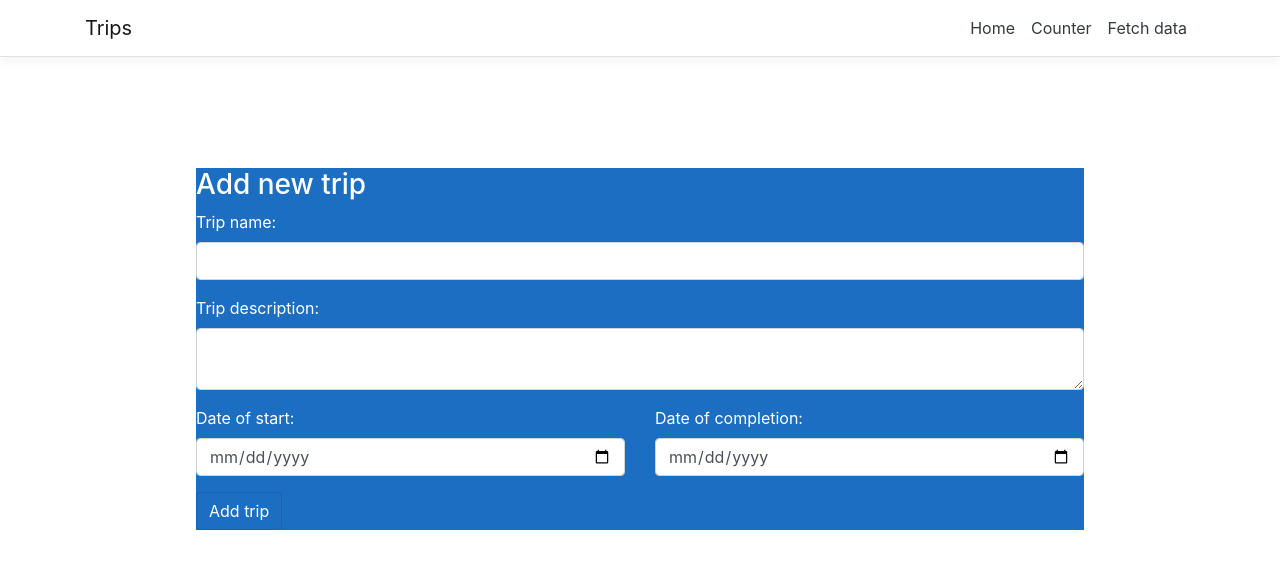
Repository: DevLuDaley/Trips
Page: /create (app in ClientApp/)
The author's editor kept a copy of each file at every save. The page is drawn from the files as they stood at one save, then again after a run of saves.
The browser window is 1280 px wide. The pictures show the whole page.
The project was rebuilt for these pictures with package versions that can differ from the ones it lists, and the page was loaded fresh each time. Also part of the build but not shown: ClientApp/src/components/Home.js, ClientApp/src/components/FetchData.js, ClientApp/src/components/Counter.js, ClientApp/src/components/Trip/Trips.jsx.

Above is the page before, as saved 2020-11-06 11:33:35.

### ClientApp/public/index.html
<!DOCTYPE html>
<html lang="en">
  <head>
    <meta charset="utf-8">
    <meta name="viewport" content="width=device-width, initial-scale=1, shrink-to-fit=no">
    <meta name="theme-color" content="#000000">
    <base href="%PUBLIC_URL%/" />
    <!--
      manifest.json provides metadata used when your web app is added to the
      homescreen on Android. See https://developers.google.com/web/fundamentals/engage-and-retain/web-app-manifest/
    -->
    <link rel="manifest" href="%PUBLIC_URL%/manifest.json">
    <link rel="shortcut icon" href="%PUBLIC_URL%/favicon.ico">
    <!--
      Notice the use of %PUBLIC_URL% in the tags above.
      It will be replaced with the URL of the `public` folder during the build.
      Only files inside the `public` folder can be referenced from the HTML.

      Unlike "/favicon.ico" or "favicon.ico", "%PUBLIC_URL%/favicon.ico" will
      work correctly both with client-side routing and a non-root public URL.
      Learn how to configure a non-root public URL by running `npm run build`.
    -->
    <title>Trips</title>
  </head>
  <body>
    <noscript>
      You need to enable JavaScript to run this app.
    </noscript>
    <div id="root"></div>
    <!--
      This HTML file is a template.
      If you open it directly in the browser, you will see an empty page.

      You can add webfonts, meta tags, or analytics to this file.
      The build step will place the bundled scripts into the <body> tag.

      To begin the development, run `npm start` or `yarn start`.
      To create a production bundle, use `npm run build` or `yarn build`.
    -->
  </body>
</html>

### ClientApp/src/App.js
import React, { Component } from 'react';
import { Route } from 'react-router';
import { Layout } from './components/Layout';
import { Home } from './components/Home';
import { FetchData } from './components/FetchData';
import { Counter } from './components/Counter';

import './custom.css'
import Trips from './components/Trip/Trips';
import CreateTrip from './components/Trip/CreateTrip';

export default class App extends Component {
  static displayName = App.name;

  render () {
    return (
      <Layout>
        <Route exact path='/' component={Home} />
        <Route path='/counter' component={Counter} />
        <Route path='/fetch-data' component={FetchData} />
        <Route path='/trips' component={Trips} />
        <Route path='/create' component={CreateTrip} />
      </Layout>
    );
  }
}

### ClientApp/src/custom.css
/* Provide sufficient contrast against white background */
a {
  color: #0366d6;
}

code {
  color: #E01A76;
}

.btn-primary {
  color: #fff;
  background-color: #1b6ec2;
  border-color: #1861ac;
}

.trip-form {
  color: #fff;
  background-color: #1b6ec2;
  border-color: #1861ac;
  margin: 10%;
}

### ClientApp/src/components/Trip/CreateTrip.jsx
import React, { Fragment, Component } from 'react'
class Create extends Component {
    constructor(props){
        super(props)
        this.state = {
                   name: '',
                   description: '',
                   dateStarted: null,
                   dateCompleted: null
          }

    }
    render() {
        return (
        <Fragment>
            <div className="trip-form" >
                <h3>Add new trip</h3>
                <form onSubmit={this.onSubmit}>
                    <div className="form-group">
                        <label>Trip name:  </label>
                        <input
                          type="text"
                          className="form-control"
                         />
                    </div>
                    <div className="form-group">
                        <label>Trip description: </label>
                        <textarea
			  type="text"
                          className="form-control"
                        />
                    </div>
                    <div className="row">
                        <div className="col col-md-6 col-sm-6 col-xs-12">
                            <div className="form-group">
                                <label>Date of start:  </label>
                                <input
                                  type="date"
                                  className="form-control"
                                />
                            </div>
                        </div>
                        <div className="col col-md-6 col-sm-6 col-xs-12">
                          <div className="form-group">
                            <label>Date of completion:  </label>
                            <input
                                type="date"
                                className="form-control"
                            />
                            </div>
                        </div>
                    </div>


                    <div className="form-group">
                        <input type="submit" value="Add trip" className="btn btn-primary"/>
                    </div>
                </form>
            </div>
        </Fragment> );
    }
}

export default Create;

### ClientApp/src/components/NavMenu.js
import React, { Component } from 'react';
import { Collapse, Container, Navbar, NavbarBrand, NavbarToggler, NavItem, NavLink } from 'reactstrap';
import { Link } from 'react-router-dom';
import './NavMenu.css';

export class NavMenu extends Component {
  static displayName = NavMenu.name;

  constructor (props) {
    super(props);

    this.toggleNavbar = this.toggleNavbar.bind(this);
    this.state = {
      collapsed: true
    };
  }

  toggleNavbar () {
    this.setState({
      collapsed: !this.state.collapsed
    });
  }

  render () {
    return (
      <header>
        <Navbar className="navbar-expand-sm navbar-toggleable-sm ng-white border-bottom box-shadow mb-3" light>
          <Container>
            <NavbarBrand tag={Link} to="/trips">Trips</NavbarBrand>
            <NavbarToggler onClick={this.toggleNavbar} className="mr-2" />
            <Collapse className="d-sm-inline-flex flex-sm-row-reverse" isOpen={!this.state.collapsed} navbar>
              <ul className="navbar-nav flex-grow">
                <NavItem>
                  <NavLink tag={Link} className="text-dark" to="/">Home</NavLink>
                </NavItem>
                <NavItem>
                  <NavLink tag={Link} className="text-dark" to="/counter">Counter</NavLink>
                </NavItem>
                <NavItem>
                  <NavLink tag={Link} className="text-dark" to="/fetch-data">Fetch data</NavLink>
                </NavItem>
              </ul>
            </Collapse>
          </Container>
        </Navbar>
      </header>
    );
  }
}

Loaded but not shown: ClientApp/src/index.js (common file); ClientApp/src/registerServiceWorker.js (common file); ClientApp/src/components/Layout.js (common file); ClientApp/src/components/NavMenu.css (common file)

After the next 2 saves:
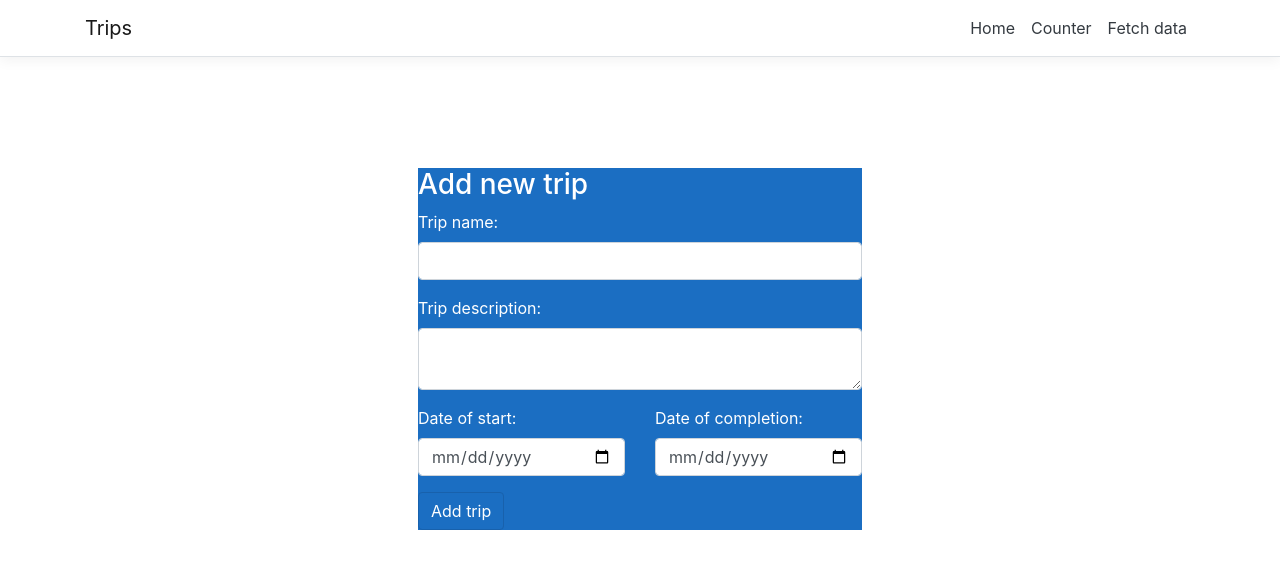
The 2 saves are shown as one change because they came seconds apart.
The last was saved 9 s later.
--- a/ClientApp/src/custom.css
+++ b/ClientApp/src/custom.css
@@ -17,5 +17,5 @@ code {
   color: #fff;
   background-color: #1b6ec2;
   border-color: #1861ac;
-  margin: 10%;
+  margin: 10% 30% ;
 }
